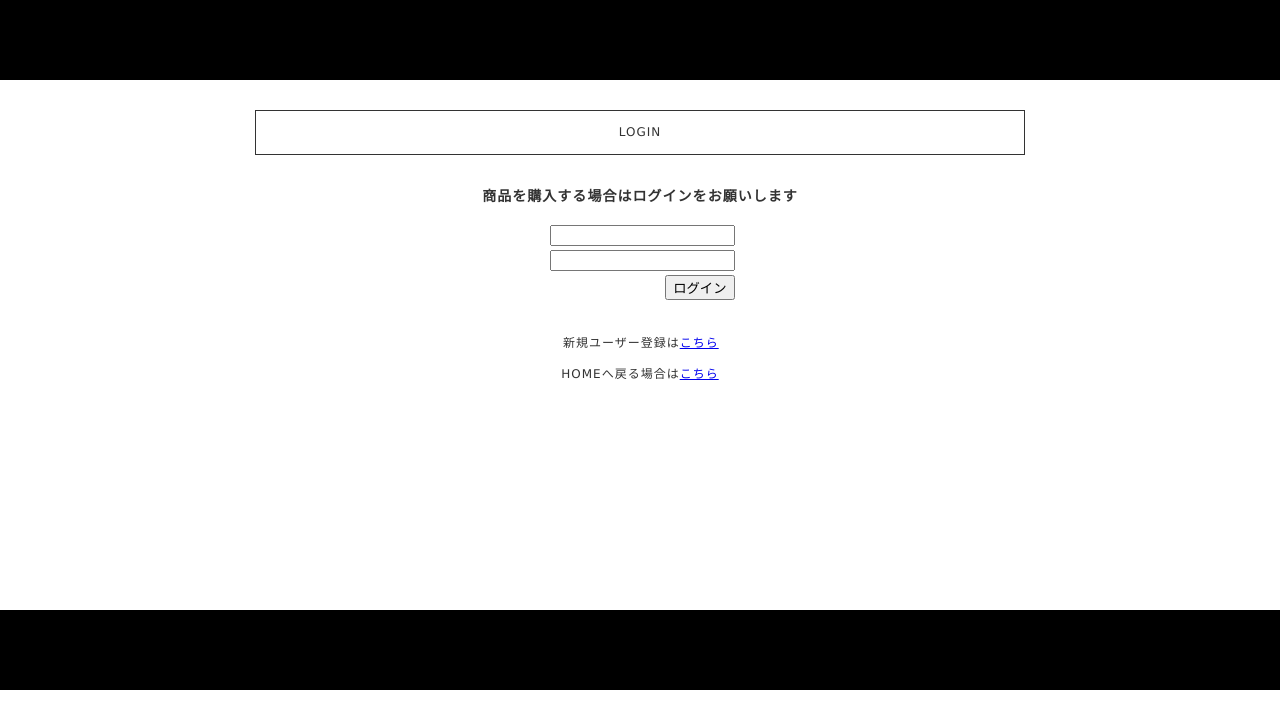
Repository: kf3225/backup
Page: http://localhost/ecsite/login.jsp
The author's editor kept a copy of each file at every save. The page is drawn from the files as they stood at one save, then again after the next save.
The browser window is 1280 px wide. The pictures show the whole page.
The page is served by Tomcat 9. Other server files are loaded and not shown.

Above is the page before, as saved 2018-01-25 07:01:14.

### ecsite/WebContent/login.jsp
<%@ page language="java" contentType="text/html; charset=UTF-8"
    pageEncoding="UTF-8"%>
<%@ taglib prefix="s" uri="/struts-tags" %>
<!DOCTYPE html PUBLIC "-//W3C//DTD HTML 4.01 Transitional//EN" "http://www.w3.org/TR/html4/loose.dtd">
<html>
<head>
<meta http-equiv="Content-Type" content="text/html; charset=UTF-8"/>
<meta http-equiv="Content-Style-Type" content="text/css"/>
<meta http-equiv="Content-Script-Type" content="javascript"/>
<meta http-equiv="imagetoolbar" content="no"/>
<meta name="description" content=""/>
<meta name="keywords" content=""/>

<style type="text/css">

/* ===== TAG LAYOUT ===== */
body {
	margin:0;
	padding:0;
	line-height:1.6;
	letter-spacing:1px;
	font-family:Verdana, Helvetica, sans-serif;
	font-size:12px;
	color:#333;
	background-color:#fff;
}

table {
	text-align:center;
	margin:0 auto;
}

/* ===== ID LAYOUT ===== */
#top {
	width:60%;
	margin:30px auto;
	text-align:center;
	border:1px solid #333;
}

#header {
	width:100%;
	height:80px;
	background-color:black;
}

#main {
	width:100%;
	height:500px;
	text-align:center;
	background-color:#fff;
}

#footer {
	width:100%;
	height:80px;
	background-color:black;
	clear:both;
}

#text-link {
	display:inline-block;
	text-align:right;
}

</style>

<title>LOGIN^^</title>
</head>
<body>
	<div id="header">
		<div id="pr"></div>
	</div>

	<div id="main">
		<div id="top"><p>LOGIN</p></div>
		<div>
			<h3>商品を購入する場合はログインをお願いします</h3>
			<s:form action="LoginAction">
				<s:textfield name="loginUserId"/>
				<s:password name="loginPassword"/>
				<s:submit value="ログイン"/>
			</s:form>

			<br>

			<div id="text-link">
				<p>新規ユーザー登録は<a href='<s:url action="UserCreateAction"/>'>こちら</a></p>
				<p>HOMEへ戻る場合は<a href='<s:url action="GoHomeAction"/>'>こちら</a></p>
			</div>
		</div>
	</div>

	<div id="footer">
		<div id="pr"></div>
	</div>
</body>
</html>

After the next save:
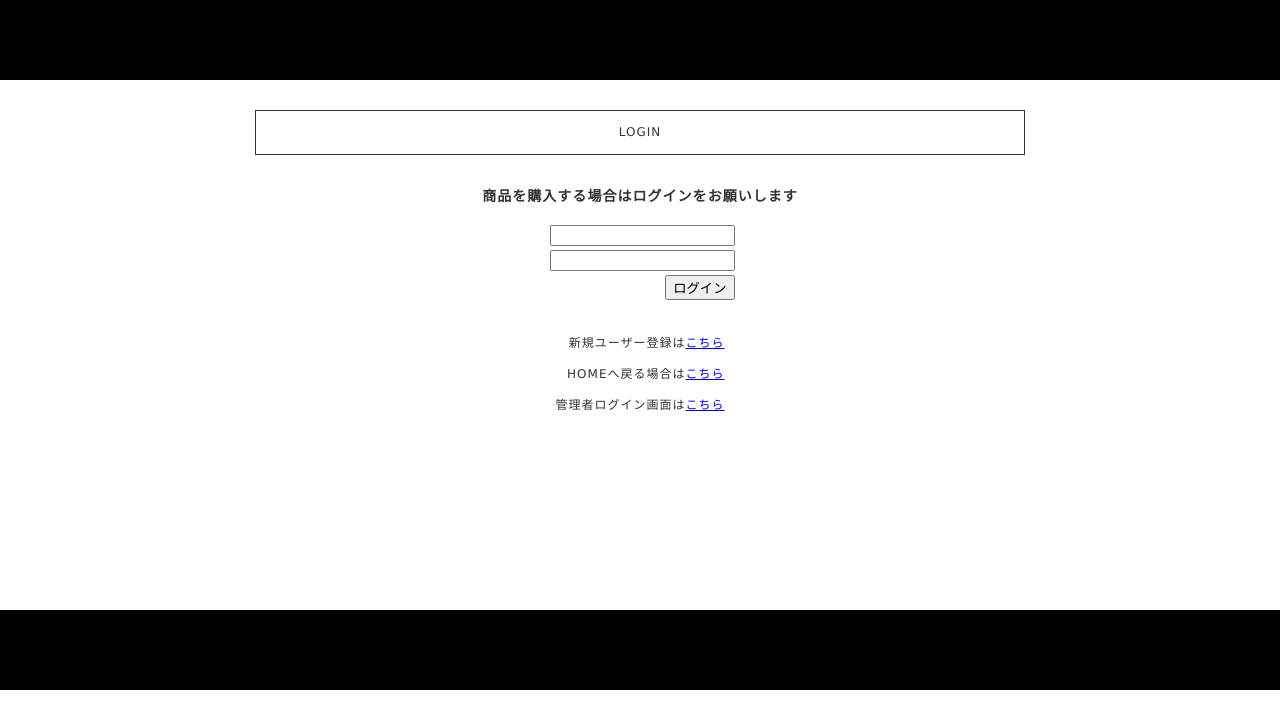
Saved 26 min 52 s later.
--- a/ecsite/WebContent/login.jsp
+++ b/ecsite/WebContent/login.jsp
@@ -87,6 +87,7 @@ table {
 			<div id="text-link">
 				<p>新規ユーザー登録は<a href='<s:url action="UserCreateAction"/>'>こちら</a></p>
 				<p>HOMEへ戻る場合は<a href='<s:url action="GoHomeAction"/>'>こちら</a></p>
+				<p>管理者ログイン画面は<a href='<s:url action="AdminAction"/>'>こちら</a></p>
 			</div>
 		</div>
 	</div>
